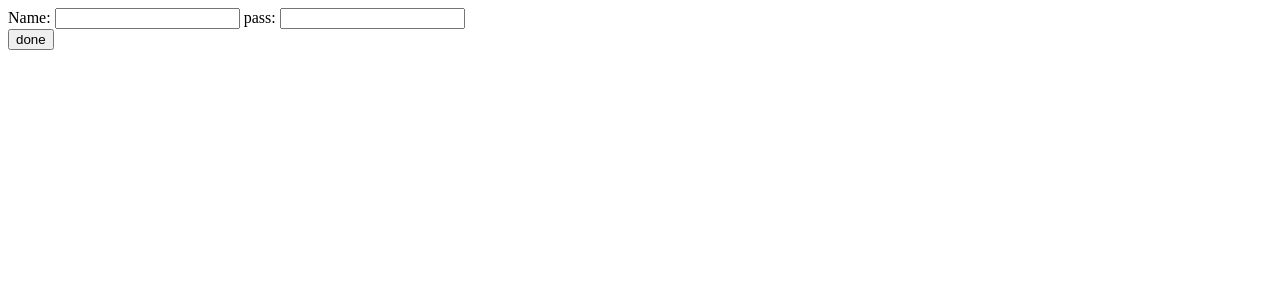
Repository: ghanshyam-jaiswal/Java-Notes
Page: JEE/Servlet_AdvanceJava/SessionExample/src/main/webapp/Example.html
The author's editor kept a copy of each file at every save. The page is drawn from the files as they stood at one save, then again after the next save.
The browser window is 1280 px wide. The pictures show the whole page.

Above is the page before, as saved 2024-03-04 03:24:49.

After the next save:
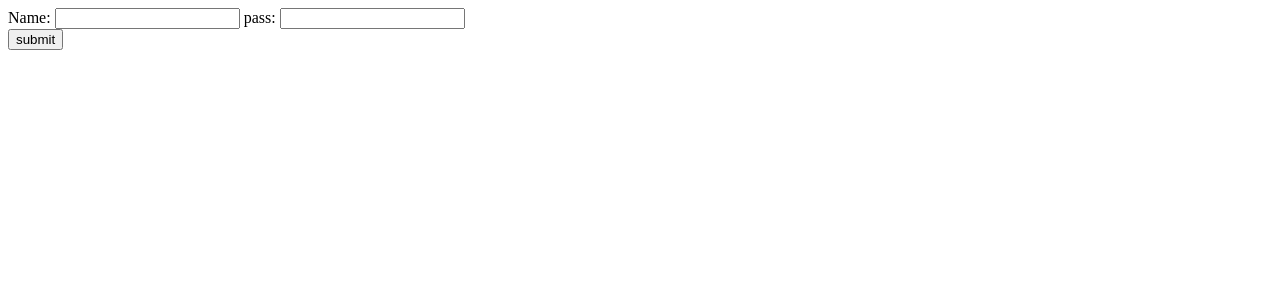
Saved 11 s later.
--- a/JEE/Servlet_AdvanceJava/SessionExample/src/main/webapp/Example.html
+++ b/JEE/Servlet_AdvanceJava/SessionExample/src/main/webapp/Example.html
@@ -9,9 +9,9 @@
 		<label>Name:</label>
 		<input type="text" name="name">
 		<label>pass:</label>
-		<input type="password" name="pass">
+		<input type="password" name="password">
 		<br>
-		<button type="submit">done</button>
+		<button type="submit">submit</button>
 	</form>
 </body>
 </html>
